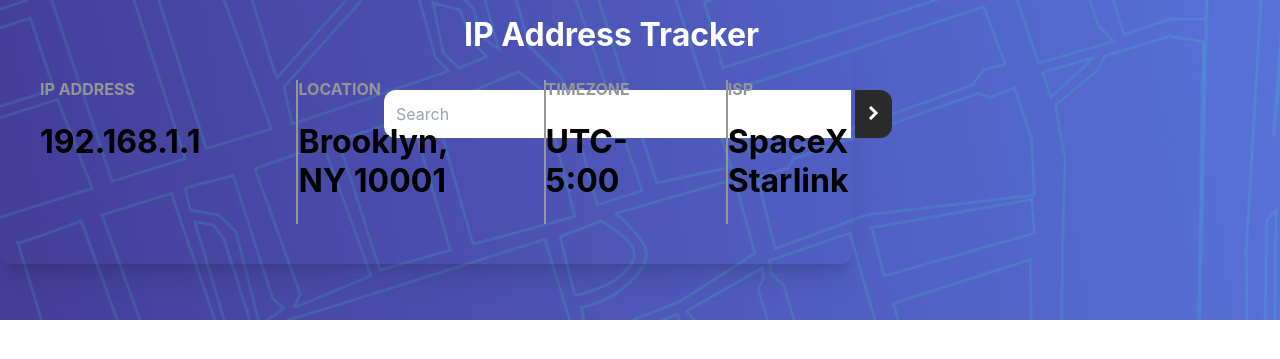
Repository: Dealsy/IP-Tracker
Page: /
These files come from the project's save history. The page is drawn as it stood at one moment and after the next save; the edit follows.
The browser window is 1280 px wide. The pictures show the whole page.
The project was rebuilt for these pictures with package versions that can differ from the ones it lists, and the page was loaded fresh each time. The framework's server and built-in components were replaced by stand-ins that run in the browser. Also part of the build but not shown: next.config.js.

Above is the page before, as saved 2022-04-21 22:35:43.

### pages/index.js
import Head from "next/head";
import Arrow from "../images/icon-arrow.svg";
import Image from "next/image";

export default function Home() {
  return (
    <div>
      <Head>
        <title>Create Next App</title>
        <meta name="description" content="Generated by create next app" />
        <link rel="icon" href="/favicon.ico" />
      </Head>

      <main>
        <div className="bg-Backdrop h-80 bg-no-repeat	 bg-cover">
          <h2 className="text-white w-96 m-auto p-4">IP Address Tracker</h2>
          <div className="w-120 m-auto">
            <div className="flex flex-row items-baseline">
              <input
                className="p-3 w-300 mt-5 rounded-l-xl"
                type="search"
                placeholder="Search"
              />
              <button className="bg-Dark-Gray p-3  rounded-r-xl hover:bg-hoverGray m-1 w-14">
                <Image src={Arrow} alt="Arrow" />{" "}
              </button>
            </div>
          </div>
        </div>

        <div className="flex flex-row justify-evenly border-0 shadow-xl w-4/6 m-auto rounded-xl p-10 absolute top-10">
          <div className=" border-r-2 border-Gray pr-24">
            <h3>IP ADDRESS</h3>
            <h2> 192.168.1.1 </h2>
          </div>
          <div className=" border-r-2 border-Gray pr-24">
            <h3> LOCATION </h3>
            <h2> Brooklyn, NY 10001 </h2>
          </div>
          <div className=" border-r-2 border-Gray pr-24">
            <h3>TIMEZONE</h3>
            <h2> UTC-5:00 </h2>
          </div>
          <div>
            <h3>ISP</h3>
            <h2>SpaceX Starlink</h2>
          </div>
        </div>
      </main>

      <footer></footer>
    </div>
  );
}

### styles/globals.css
@tailwind base;
@tailwind components;
@tailwind utilities;


h1 {
  font-size: 2.5rem;
  font-weight: 700;
  line-height: 1.2;
  margin-bottom: 1.5rem;
}

h2 {
  font-size: 2rem;
  font-weight: 700;
  line-height: 1.2;
  margin-bottom: 1.5rem;
}

h3 {
  font-size: 1rem;
  font-weight: 700;
  line-height: 1.2;
  margin-bottom: 1.5rem;
  color: #969696;
}


html,
body {
  padding: 0;
  margin: 0;
  font-family: -apple-system, BlinkMacSystemFont, Segoe UI, Roboto, Oxygen,
    Ubuntu, Cantarell, Fira Sans, Droid Sans, Helvetica Neue, sans-serif;
}

a {
  color: inherit;
  text-decoration: none;
}

* {
  box-sizing: border-box;
}

### tailwind.config.js
module.exports = {
  content: [
    "./pages/**/*.{js,ts,jsx,tsx}",
    "./components/**/*.{js,ts,jsx,tsx}",
  ],
  theme: {
    extend: {
      colors: {
        "Dark-Gray": "#2b2b2b",
        Gray: "#969696",
        hoverGray: "#3f3f3f",
      },
      backgroundImage: {
        Backdrop: "url('../images/pattern-bg.png')",
      },
      width: {
        100: "28rem",
        105: "29rem",
        110: "30rem",
        115: "31rem",
        120: "32rem",
        125: "33rem",
        130: "34rem",
        135: "35rem",
        140: "36rem",
        145: "37rem",
        150: "38rem",
        155: "39rem",
        160: "40rem",
        165: "41rem",
        170: "42rem",
        175: "43rem",
        180: "44rem",
        185: "45rem",
        300: "72rem",
      },
    },
  },
  plugins: [],
};

Loaded but not shown: pages/_app.js (common file)

After the next save:
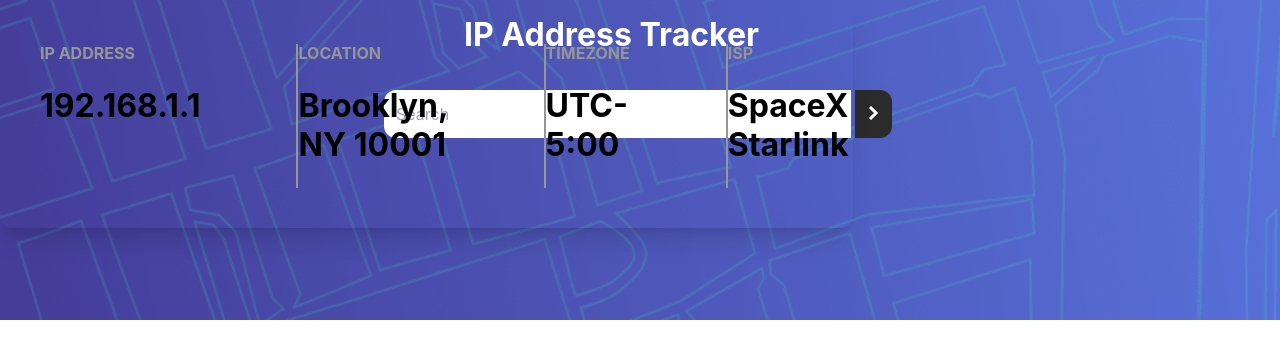
Saved 4 s later.
--- a/pages/index.js
+++ b/pages/index.js
@@ -28,7 +28,7 @@ export default function Home() {
           </div>
         </div>
 
-        <div className="flex flex-row justify-evenly border-0 shadow-xl w-4/6 m-auto rounded-xl p-10 absolute top-10">
+        <div className="flex flex-row justify-evenly border-0 shadow-xl w-4/6 m-auto rounded-xl p-10 absolute top-1">
           <div className=" border-r-2 border-Gray pr-24">
             <h3>IP ADDRESS</h3>
             <h2> 192.168.1.1 </h2>
